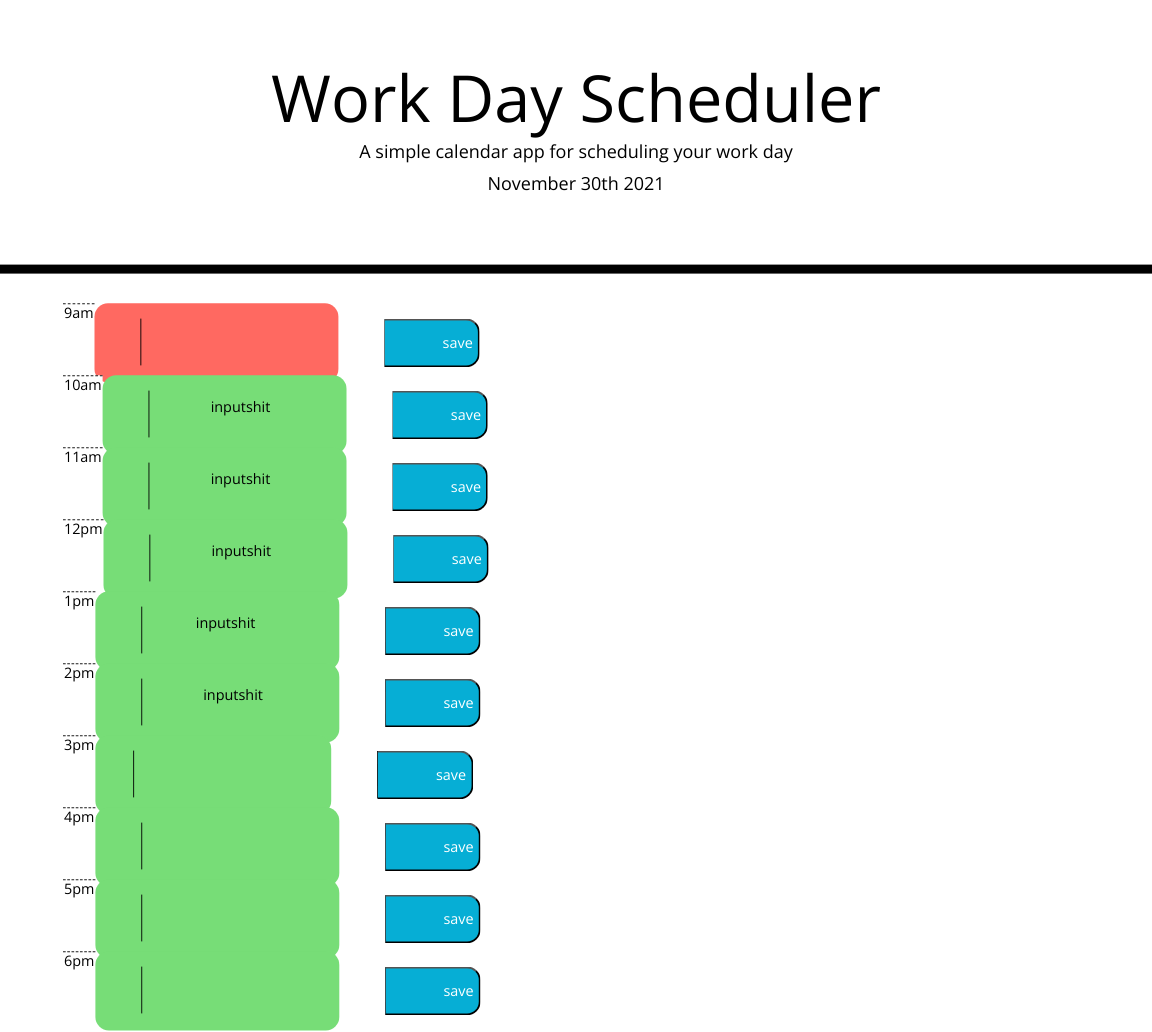
Repository: Naomilounsbury/work-day-scheduler
Page: index.html
These files come from the project's save history. The page is drawn as it stood at one moment and after the next save; the edit follows.
The browser window is 1280 px wide. The pictures show the whole page, at 90% of full size.
Some web libraries are served in a nearby version.

Above is the page before, as saved 2021-12-04 08:19:55.

### index.html
<!DOCTYPE html>
<html lang="en">
  <head>
    <meta charset="UTF-8" />
    <meta name="viewport" content="width=device-width, initial-scale=1.0" />
    <meta http-equiv="X-UA-Compatible" content="ie=edge" />
    <link
      rel="stylesheet"
      href="https://stackpath.bootstrapcdn.com/bootstrap/4.3.1/css/bootstrap.min.css"
    />
    <link
      rel="stylesheet"
      href="https://use.fontawesome.com/releases/v5.8.1/css/all.css"
      integrity="sha384-50oBUHEmvpQ+1lW4y57PTFmhCaXp0ML5d60M1M7uH2+nqUivzIebhndOJK28anvf"
      crossorigin="anonymous"
    />
    <link
      href="https://fonts.googleapis.com/css?family=Open+Sans&display=swap"
      rel="stylesheet"
    />
    <link rel="stylesheet" href="./assets/css/style.css" />
    <title>Work Day Scheduler</title>
  </head>

  <body>
    <header class="jumbotron">
      <h1 class="display-3">Work Day Scheduler</h1>
      <p class="lead">A simple calendar app for scheduling your work day</p>
      <p id="currentDay" class="lead"></p>
    </header>
    <div class="container">
      <!-- Timeblocks go here -->
      <table>
        <tr class="row">
          <td class="hour">9am</td>
          <td class="time-block" id="9">
            <textarea id="btn9" type="text">

          </textarea>
          </td>

          <td>
            <button class = "saveBtn" value="9" onclick=onSave(event)>
              save
            </button>
          </td>
        </tr>
        <tr class="row">
          <td class="hour">10am</td>
          <td class="time-block" id="10">
            <textarea id = "btn10">
              inputshit
            </textarea>
          </td>
          <td>
            <button class = "saveBtn" value="10" onclick=onSave(event)>
              save
            </button>
          </td>
        </tr>
        <tr class="row">
          <td class="hour">11am</td>
          <td class="time-block" id="11">
            <textarea>
              inputshit
            </textarea>
          </td>
          <td>
            <button class = "saveBtn" value="11" onclick=onSave(event)>
              save
            </button>
          </td>
        </tr>
        <tr class="row">
          <td class="hour">12pm</td>
          <td class="time-block" id="12">
            <textarea>
              inputshit
            </textarea>
          </td>
          <td>
            <button class = "saveBtn" value="12" onclick=onSave(event)>
              save
            </button>
          </td>
        </tr>
        <tr class="row">
          <td class="hour">1pm</td>
          <td class="time-block" id="13">
            <textarea>
            inputshit</textarea>
          </td>
          <td>
            <button class = "saveBtn" value="13" onclick=onSave(event)>
              save
            </button>
          </td>
        </tr>
        <tr class="row">
          <td class="hour">2pm</td>
          <td class="time-block" id="14">
            <textarea>
              inputshit
            </textarea>
          </td>
          <td>
            <button class = "saveBtn" value="14" onclick=onSave(event)>
              save
            </button>
          </td>
        </tr>
        <tr class="row">
          <td class="hour">3pm</td>
          <td class="time-block" id="15">
          <textarea>
          </textarea>
          </td>
          <td>
            <button class = "saveBtn" value="15" onclick=onSave(event)>
              save
            </button>
          </td>
        </tr>
        <tr class="row">
          <td class="hour">4pm</td>
          <td class="time-block" id="16">
            <textarea>
            </textarea>
          </td>
          <td>
            <button class = "saveBtn" value="16" onclick=onSave(event)>
              save
            </button>
          </td>
        </tr>
        <tr class="row">
          <td class="hour">5pm</td>
          <td class="time-block" id="17">
            <textarea>
            </textarea>
          </td>
          <td>
            <button class = "saveBtn" value="17" onclick=onSave(event)>
              save
            </button>
          </td>
        </tr>
        <tr class="row">
          <td class="hour">6pm</td>
          <td class="time-block" id="18">
            <textarea>
            </textarea>
          </td>
          <td>
            <button class = "saveBtn" value="18" onclick=onSave(event)>
              save
            </button>
          </td>
        </tr>
      </table>
    </div>

    <script src="https://code.jquery.com/jquery-3.4.1.min.js"></script>
    <script src="https://cdnjs.cloudflare.com/ajax/libs/moment.js/2.24.0/moment.min.js"></script>
    <script src="assets/js/script.js"></script>
</body>
</html>

### assets/css/style.css
body {
  font-family: 'Open Sans', sans-serif;
  font-size: 16px;
  line-height: 1;
}

textarea{
  background: transparent;
  border: none;
  resize: none;
  color: #000000;
  border-left: 1px solid black;
  padding: 10px;
}

.jumbotron {
  text-align: center;
  background-color: transparent;
  color: black;
  border-radius: 0;
  border-bottom: 10px solid black;
}

.description{
  white-space: pre-wrap;
}

.time-block{
  text-align: center;
  border-radius: 15px;
}

.row {
  white-space: pre-wrap;
  height: 80px;
  border-top: 1px solid white;;
}

.hour {
  background-color: #ffffff;
  color: #000000;
  border-top: 1px dashed #000000;
}

.past {
  background-color: #d3d3d3;
  color: white;
}

.present {
  background-color: #ff6961;
  color: white;
}

.future {
  background-color: #77dd77;
  color: white;
}

.saveBtn {
  border-left: 1px solid black;
  border-top-right-radius: 15px;
  border-bottom-right-radius: 15px;
  background-color: #06AED5;
  color: white;
}

.saveBtn i:hover {
  font-size: 20px;
  transition: all .3s ease-in-out;
}

### assets/js/script.js
//using moment to get the current time
currentTime = moment();
//connected it to the current day spot in the html
currentDayEl = document.querySelector("#currentDay");
var displayDate = currentTime.format('MMMM Do YYYY');
//var saveBtns = document.querySelectorAll(".saveBtn");
//backticks are a way of adding dynamic things into a string when used with a dollar sign


currentDayEl.innerText = displayDate
//going to get my timeblock element
timeBlockEl = document.querySelectorAll(".time-block");
//made a function called checkTime to check the current time to compare with the time on the scheduler
var checkTime = function(currentEl){
    //will maybe hit a block because will use 24 hours as ids but if the current time that I chose from moment is 12 hours they wont match up
    var timeBlock = moment().hour(parseInt(currentEl.id))
    console.log(timeBlock)
    //if the block hour id is less than the current time hour we return the class name past
    if (timeBlock.hour() < currentTime.hour()){
        return "past"
    }
    if (timeBlock.hour() > currentTime.hour()){
        return "future"
    }
    if (timeBlock.hour()=== currentTime.hour()){
        return "present"
    }

    //if element is in the past return past
    //if element is in the future return future
    //if element is in the present return present
}
for(i=0; i<=timeBlockEl.length-1; i++){
    //timeblock elements already have the class timeblock. If we just replaced the class with future or present
    //it would erase the class, so we want to add to the class
    //check time returns the new class
    //this creates regular time-block class with past future or present added to it. like when it returns past = "time-block past"

    timeBlockEl[i].className = timeBlockEl[i].className + " " + checkTime(timeBlockEl[i])
console.log(checkTime(timeBlockEl[i]))
}
//we need a function to show us whats happening using the word on because it runs on an event
var onSave = function(event){
    console.log(event.target)
    //so I couldn't figure out why it wasn't pulling the value of the textarea
    //so we looked at w3schools and they said add a .value which honestly should have been intuitive
    //we are using backticks here hecause we want to dynamically change the id and if they click on 10, we want the id to reflect number 10
    //inside the ${} is code that will later be evaulated to a string depending on the button clicked
    console.log(document.querySelector(`#btn${event.target.value}`).value)
    if(document.querySelector(`#btn${event.target.value}`).value){
        //originally put event.target.id but then we realized we didn't have a id on the freaken button but
        //what we did have was a value so we did .value
        var timeBlockEvent = document.querySelector(`#btn${event.target.value}`).value
        localStorage.setItem(`${event.target.value}`, timeBlockEvent)

    }

}
document.querySelector(".saveBtn");

// saveData.addEventListener("click", function () {
//     var i = textarea.value
//     console.log()
//     var object = {
//         //key value pair, key being the name of the property within the object, the value being the actual data or content
//         hour: hour, text: text

//     }
    //pushing my scores onto my array
    // highScores.push(object)
    // //making my high scores object into a string
    // localStorage.setItem("highScores", JSON.stringify(highScores))

After the next save:
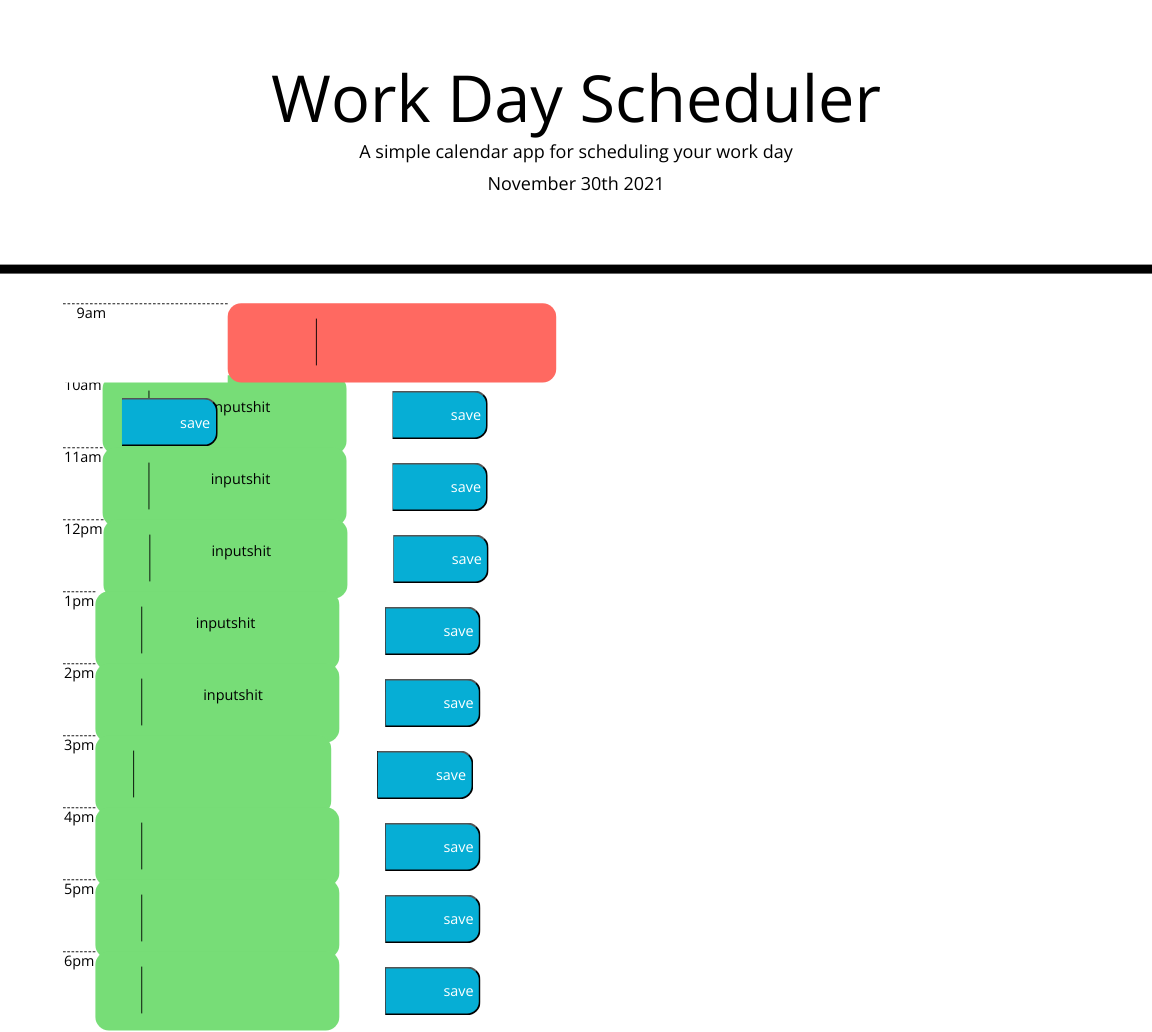
Saved 4 min 9 s later.
--- a/index.html
+++ b/index.html
@@ -32,14 +32,13 @@
       <!-- Timeblocks go here -->
       <table>
         <tr class="row">
-          <td class="hour">9am</td>
-          <td class="time-block" id="9">
+          <td class="hour col-4">9am</td>
+          <td class="time-block col-8" id="9">
             <textarea id="btn9" type="text">
 
           </textarea>
           </td>
-
-          <td>
+          <td class="col-8">
             <button class = "saveBtn" value="9" onclick=onSave(event)>
               save
             </button>
